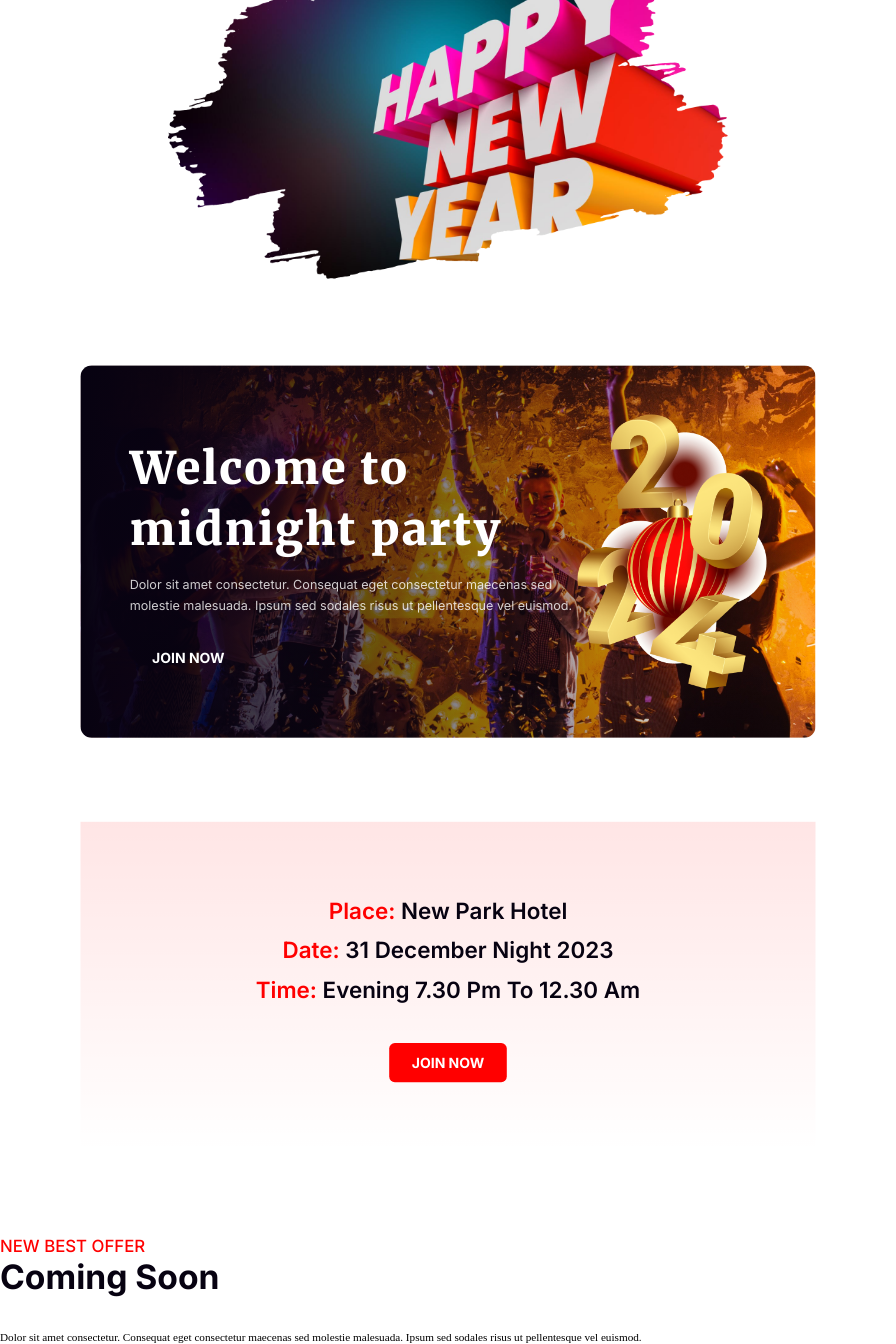
Repository: rahmatahmedrifat/First-Assignment
Page: index.html
These files come from the project's save history. The page is drawn as it stood at one moment and after the next save; the edit follows.
The browser window is 1280 px wide. The pictures show the part of the page from y = 1140 to 3060 px (the page is 3060 px tall), at 70% of full size.

Above is the page before, as saved 2024-01-08 04:19:18.

### index.html
<!DOCTYPE html>
<html lang="en">
<head>
    <meta charset="UTF-8">
    <meta name="viewport" content="width=device-width, initial-scale=1.0">
    <!-- Title  -->
    <title>New Year 2024</title>
    <!-- favicon icon linked -->
    <link rel="shortcut icon" href="images/banner and other images/New Year Photo.png" type="image/x-icon">
    <!-- style css linked-->
    <link rel="stylesheet" href="Style/style.css">
</head>
<body>
    <!-- header part  -->
    <header>
        <!-- banner section part -->
        <section id="banner">
            <div class="container">
                <div class="banner-container">
                    <div class="banner-content">
                        <h3 class="celebration">Happy New Year</h3>
                        <h2 class="banner-title">New Year Party Celebration</h2>
                    </div>
                </div>
            </div>
        </section>
    </header>
    <!-- main part -->
    <main>
        <!-- categories section part  -->
            <section id="categories">
                <div class="container">
                    <div class="categories-container">
                        <h2 class="categories-discount">65% OFF</h2>
                        <p class="primary-summery">OUR HOLIDAY DEALS ARE BETTER</p>
                        <h3 class="categories-title">ALL CATEGORIES</h3>
                        <div class="categories-img">
                            <img id="new-year-img" src="images/New Year Photo.png" alt="Happy New Year">
                        </div>
                    </div>
                </div>
            </section>

            <!-- party-banner section part -->
            <section id="party-banner">
                <div class="container">
                    <div class="party-container">
                        <div class="party-content">
                            <h2 class="party-title">Welcome to midnight party</h2>
                            <p class="party-description">Dolor sit amet consectetur. Consequat eget consectetur maecenas sed molestie malesuada. Ipsum sed sodales risus ut pellentesque vel euismod. </p>
                            <button id="join-now-btn">JOIN NOW</button>
                        </div>
                        <img class="party-img" src="images/icon/Group 70.png" alt="party-img">
                    </div>
                </div>
            </section>
            <!-- Announce section part -->
            <section id="announce">
                <div class="container">
                    <div class="announce-content">
                        <h4 class="announce-title"><span class="title-color">Place:</span> New Park Hotel</h4>
                        <h4 class="announce-title"><span class="title-color">Date:</span> 31 December Night 2023</h4>
                        <h4 class="announce-title"><span class="title-color">Time:</span> Evening 7.30 pm to 12.30 am</h4>
                        <button class="announce-btn">Join Now</button>
                    </div>
                </div>
            </section>
            <!-- best offer section part -->
            <section id="best-offer">
                <div class="contaiener">
                    <div class="best-offer-container">
                        <div class="best-offer-content">
                            <p class="primary-summery">NEW BEST OFFER</p>
                            <h3 class="best-offer-title">Coming Soon</h3>
                            <p class="best-offer-description">Dolor sit amet consectetur. Consequat eget consectetur maecenas sed molestie malesuada. Ipsum sed sodales risus ut pellentesque vel euismod. </p>
                        </div>
                        <div class="best-offer-content"></div>
                        <div class="best-offer-content"></div>
                    </div>
                </div>
            </section>

    </main>
    <!--  footer part -->
    <footer></footer>
</body>
</html>

### Style/style.css
/* import google fonts */
@import url('https://fonts.googleapis.com/css2?family=Inter:wght@100;200;300;400;500;600;700;800;900&family=Merriweather:ital,wght@0,300;0,400;0,700;0,900;1,300;1,400;1,700;1,900&display=swap');

*{
    margin: 0;
    padding: 0;
    outline: 0;
}

.container{
    width: 82%;
    margin: 0 auto;
}
/* primary content */
.primary-summery{
    font-family: Inter;
    font-size: 24px;
    font-style: normal;
    font-weight: 500;
    color: #F00;
    line-height: normal;
}
/* banner section related css style */
#banner{
    margin-top: 30px;
}
.banner-container{
    background-image: linear-gradient(180deg, #070211 0%, rgba(7, 2, 17, 0.00) 100%), url(../images/Banner\ Image.png);
    background-size: cover;
    background-repeat: no-repeat;
    background-position: center;
    border-radius: 16px;
    padding: 177px 0px;
}
.banner-container .banner-content{
    width: 632px;
    margin: 0 auto;
}
.banner-container .banner-content .celebration{
    color: #FFF;
    text-align: center;
    font-family: Merriweather;
    font-size: 32px;
    font-style: normal;
    font-weight: 400;
    line-height: normal;
    margin-bottom: 16px;
    z-index: 99;
}
.banner-container .banner-content .banner-title{
    color: #FFF;
    text-align: center;
    font-family: Merriweather;
    font-size: 72px;
    font-style: normal;
    font-weight: 900;
    line-height: 95px;
}
/* categories section related css style */

#categories{
    margin: 120px 0px;
}
.categories-container{
    text-align: center;
}
.categories-container .categories-discount{
    font-family: Inter;
    font-size: 88px;
    font-style: normal;
    font-weight: 700;
    color: #F00;
    line-height: normal;
    margin-bottom: 48px;
}

.categories-title{
    font-family: Inter;
    font-size: 48px;
    font-style: normal;
    font-weight: 700;
    color: #070211;
    line-height: normal;
    margin-bottom: 48px;
}
.categories-container .categories-img{
    width: 800px;
    margin: 0 auto;
}
.categories-img #new-year-img{
    max-width: 100%;
}

/* party-banner section css style  */
#party-banner{

}
.party-container{
    background-image: linear-gradient(90deg, #070211 0%, rgba(7, 2, 17, 0.00) 100%), url(../images/Vectorrr.png);
    background-position: center;
    background-repeat: no-repeat;
    background-size: cover;
    display: flex;
    align-items: center;
    justify-content: space-between;
    border-radius: 16px;
    padding: 70px 70px;
}
.party-container .party-content{
    width: 900px;
}
.party-content .party-title{
    font-family: Merriweather;
    font-size: 64px;
    font-style: normal;
    font-weight: 900;
    color: #FFF;
    line-height: 88px;
    letter-spacing: 3px;
}
.party-content .party-description{
    font-family: Inter;
    font-size: 18px;
    font-style: normal;
    font-weight: 400;
    color: rgba(255, 255, 255, 0.80);
    line-height: 30px;
    margin-top: 20px;
}
#join-now-btn{
    font-family: Inter;
    font-size: 20px;
    font-style: normal;
    font-weight: 700;
    color: #FFF;
    background: transparent;
    line-height: normal;
    text-transform: uppercase;
    border: none;
    cursor: pointer;
    margin-top: 48px;
    margin-left: 32px;
}
.party-container .party-img{
    width: 270px;
    max-width: 100%;
}

/* Announce section css style */

#announce{
    margin: 120px 0px;
}
.announce-content{
    background: linear-gradient(180deg, rgba(255, 0, 0, 0.10) 0%, rgba(255, 0, 0, 0.00) 100%);
    padding: 100px 0;
    text-align: center;
}
.announce-content .announce-title{
    color: #070211;
    font-family: Inter;
    font-size: 32px;
    font-style: normal;
    font-weight: 600;
    line-height: 56px;
    text-transform: capitalize;
}
.announce-content .announce-title .title-color{
    color: #F00;
}
.announce-btn{
    font-family: Inter;
    font-size: 20px;
    font-style: normal;
    font-weight: 700;
    line-height: normal;
    color: #FFF;
    text-align: center;
    text-transform: uppercase;
    border-radius: 8px;
    background: #F00;
    padding: 16px 32px;
    border: none;
    cursor: pointer;
    transition: all ease 0.5s;
    margin-top: 48px;
}
.announce-btn:hover{
    background: #fff;
    color: #f00;
    outline: 1px solid #F00;
}
/* best-offer section style css */

.best-offer-title{
    font-family: Inter;
    font-size: 48px;
    font-style: normal;
    font-weight: 700;
    color: #070211;
    line-height: normal;
    margin-bottom: 48px;
}

After the next save:
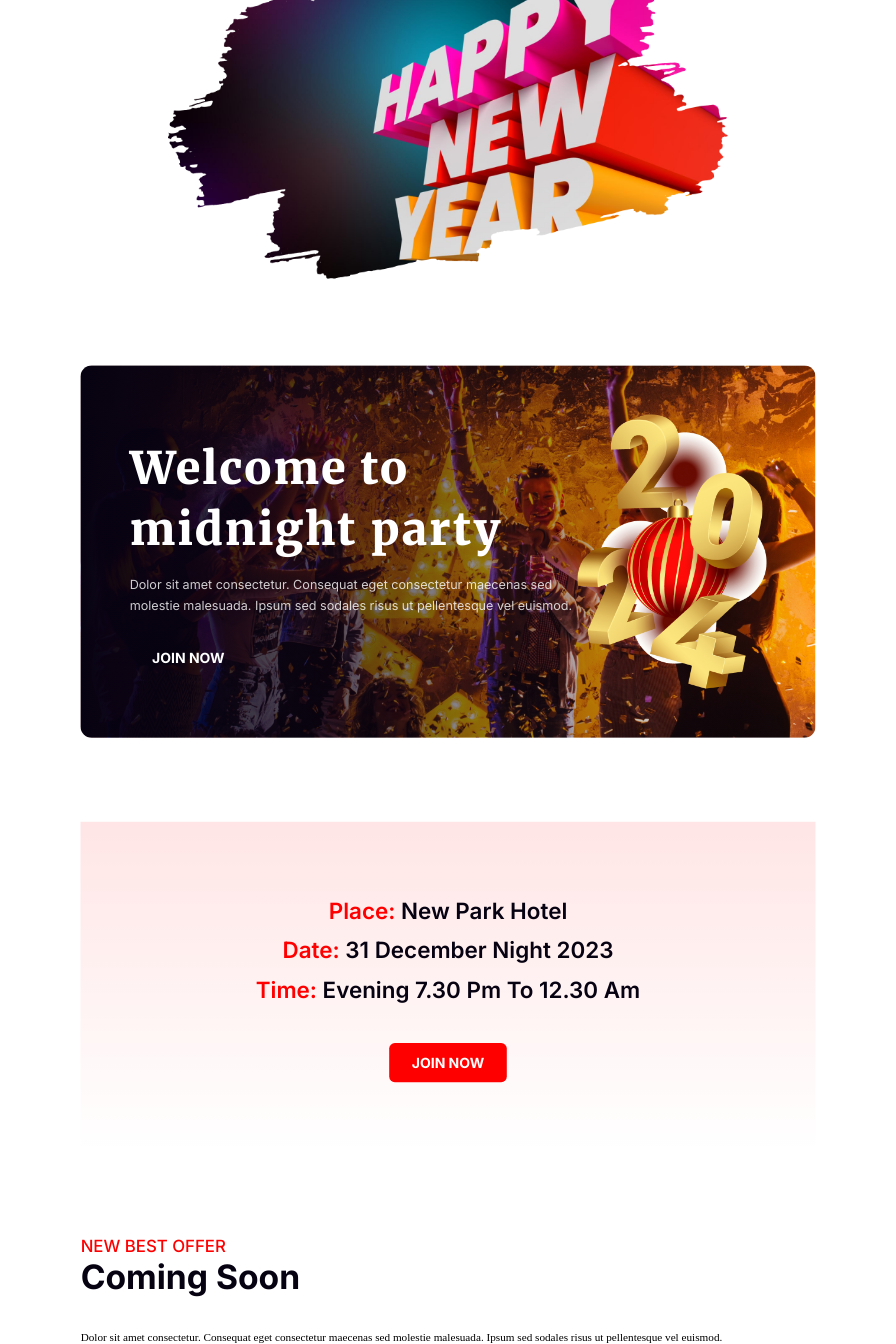
Saved 66 s later.
--- a/index.html
+++ b/index.html
@@ -67,7 +67,7 @@
             </section>
             <!-- best offer section part -->
             <section id="best-offer">
-                <div class="contaiener">
+                <div class="container">
                     <div class="best-offer-container">
                         <div class="best-offer-content">
                             <p class="primary-summery">NEW BEST OFFER</p>
